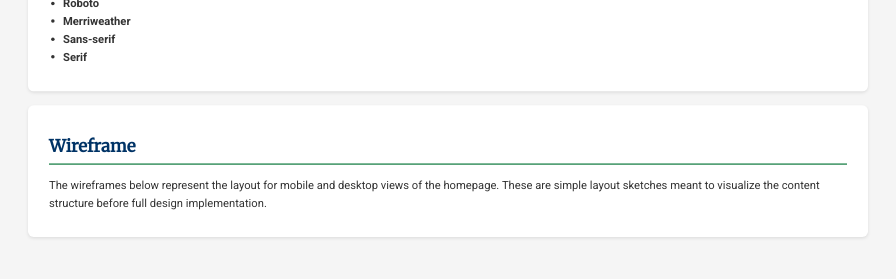
Repository: JoyUdoh106/wdd131
Page: project/siteplan.html
The author's editor kept a copy of each file at every save. The page is drawn from the files as they stood at one save, then again after a run of saves.
The browser window is 1280 px wide. The pictures show the part of the page from y = 1278 to 3198 px (the page is 1677 px tall before and 3198 px after), at 70% of full size.

Above is the page before, as saved 2025-08-09 19:12:06.

### project/siteplan.html
<!DOCTYPE html>
<html lang="en">
    <head>
        <meta charset="UTF-8" />
        <meta name="viewport" content="width=device-width, initial-scale=1.0" />
        <title>Website Planning Document</title>
        <meta name="author" content="Joy Paulinus Udoh">
        <meta name="description" content="Website Planning Document Page">
        <link rel="stylesheet" href="styles/styles.css" />

        <link rel="preconnect" href="https://fonts.googleapis.com">
        <link rel="preconnect" href="https://fonts.gstatic.com" crossorigin>
        <link href="https://fonts.googleapis.com/css2?family=Merriweather:wght@300;400&family=Roboto:ital,wght@0,100..900;1,100..900&display=swap" rel="stylesheet">
    </head>
    <body>
        <h1>Website Planning Document</h1>

        <div class="section">
            <h2>BizTrack IW</h2>
            <p><strong>Simple Business Finance</strong></p>
        </div>

        <div class="section">
            <h2>Site Purpose</h2>
            <p>The purpose of this website is to provide clear, practical, and easy-to-understand information about tracking expenses and budgeting. It aims to educate visitors on how to manage their personal finances more effectively, develop better spending habits, and make informed financial decisions.</p>
        </div>

        <div class="section">
            <h2>Scenarios</h2>
            <ul>
            <li>A student visits the website to learn how to set up a monthly budget for their limited income and avoid overspending.</li>
            <li>A young professional wants tips on tracking expenses to prepare for a long-term savings goal, such as buying a car or house.</li>
            <li>A parent looks for advice on managing household expenses and finding ways to cut unnecessary costs.</li>
            <li>Someone with irregular income uses the budgeting tips page to learn how to balance their finances despite unpredictable earnings.</li>
            </ul>
        </div>

        <div class="section">
            <h2>Color Schema</h2>
            <p><span class="color-box" style="background-color:#003366;"></span> Primary Color: #003366 </p>
            <p><span class="color-box" style="background-color:#2E8B57;"></span> Secondary Color: #2E8B57 </p>
            <p><span class="color-box" style="background-color: #FFD700;"></span> Accent Color: #FFD700</p>
            <p><span class="color-box" style="background-color: #F5F5F5;"></span> Background Color Color: #F5F5F5</p>
            <p><span class="color-box" style="background-color: #333333;"></span> Text Color: #333333</p>
        </div>

        <div class="section">
            <h2>Typography</h2>
            <ul>
            <li><strong>Roboto</strong></li>
            <li><strong>Merriweather</strong></li>
            <li><strong>Sans-serif</strong></li>
            <li><strong>Serif</strong></li>
            </ul>
        </div>

        <div class="section">
            <h2>Wireframe</h2>
            <p>The wireframes below represent the layout for mobile and desktop views of the homepage. These are simple layout sketches meant to visualize the content structure before full design implementation.</p>

        </div>
    </body>
</html>

### project/styles/styles.css
body {
    font-family: 'Roboto', sans-serif;
    background-color: #F5F5F5;
    color: #333333;
    margin: 0;
    padding: 20px;
    line-height: 1.6;
}

h1, h2, h3 {
    font-family: 'Merriweather', serif;
    color: #003366;
    margin-bottom: 10px;
}

h1 {
    text-align: center;
    font-size: 2.5rem;
    margin-bottom: 20px;
}

h2 {
    border-bottom: 2px solid #2E8B57;
    padding-bottom: 5px;
    font-size: 1.5rem;
}

h3 {
    font-size: 1.2rem;
    margin-top: 20px;
}

.section {
    background-color: #ffffff;
    padding: 15px 20px;
    margin-bottom: 20px;
    border-radius: 8px;
    box-shadow: 0 2px 5px rgba(0,0,0,0.1);
}

.color-box {
    display: inline-block;
    width: 20px;
    height: 20px;
    vertical-align: middle;
    margin-right: 8px;
    border-radius: 4px;
    border: 1px solid #ccc;
}

.section ul {
    padding-left: 20px;
}

.wireframe-img {
    max-width: 100%;
    height: auto;
    border: 2px solid #ddd;
    border-radius: 6px;
    margin-top: 10px;
}

.wireframe {
    display: flex;
    justify-content: space-between;
}

@media (min-width: 768px) {
    body {
        padding: 40px;
    }

    .section {
        padding: 20px 30px;
    }

    h1 {
        font-size: 3rem;
    }
}

After the next 2 saves:
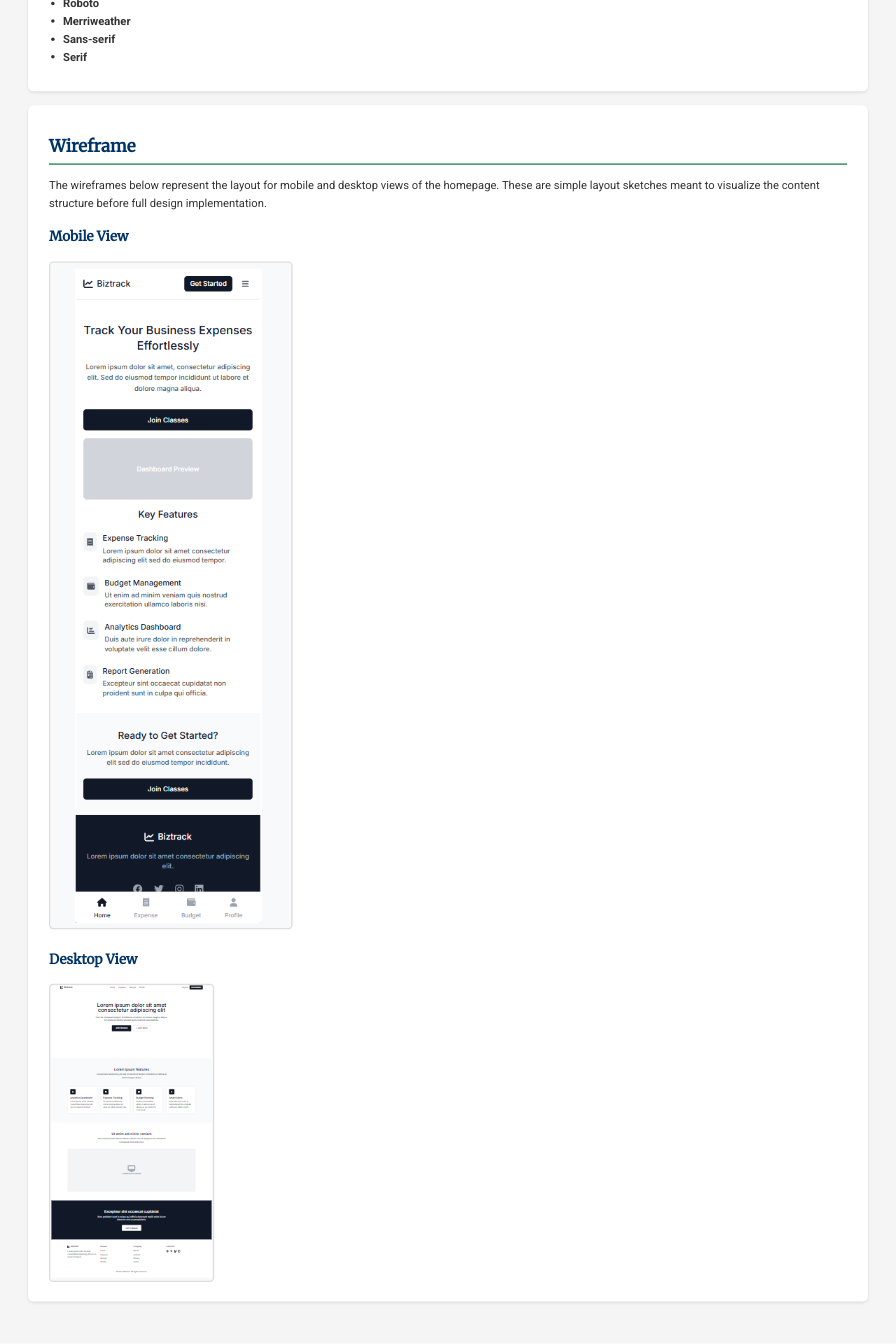
The 2 saves are shown as one change because they came seconds apart.
The last was saved 8 s later.
--- a/project/siteplan.html
+++ b/project/siteplan.html
@@ -57,7 +57,17 @@
         <div class="section">
             <h2>Wireframe</h2>
             <p>The wireframes below represent the layout for mobile and desktop views of the homepage. These are simple layout sketches meant to visualize the content structure before full design implementation.</p>
+             <div class="wireframe-container">
+        <div class="wireframe-item">
+            <h3>Mobile View</h3>
+            <img src="images/mobie-view.png" alt="Mobile wireframe of homepage" class="wireframe-img" />
+        </div>
 
+        <div class="wireframe-item">
+            <h3>Desktop View</h3>
+            <img src="images/desktop_view.png" alt="Desktop wireframe of homepage" class="wireframe-img" />
+        </div>
+    </div>
         </div>
     </body>
 </html>
